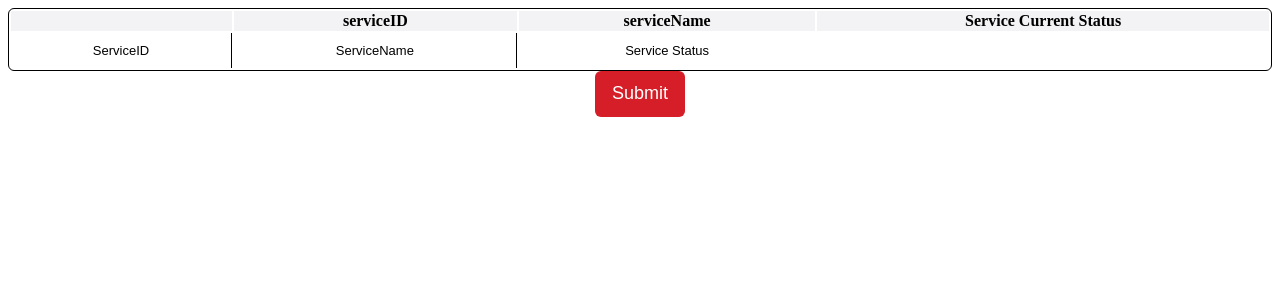
Repository: suma94/MyProjects
Page: http://localhost/SelfServiceSales/Display.jsp
An editor plug-in stored every save of this project. The page is shown before and after the next save, followed by the edit.
The browser window is 1280 px wide. The pictures show the whole page.
The page is served by Tomcat 9.

Above is the page before, as saved 2015-08-26 04:46:50.

After the next save:
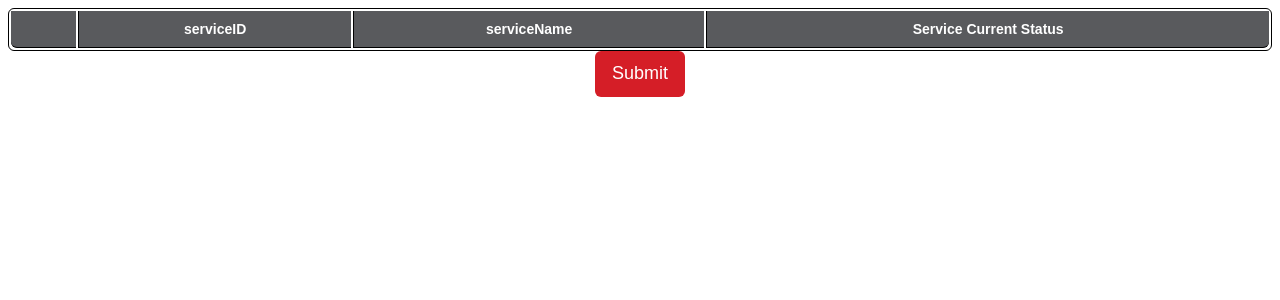
Saved 75 s later.
--- a/SelfServiceSales/WebContent/Display.jsp
+++ b/SelfServiceSales/WebContent/Display.jsp
@@ -13,10 +13,7 @@
 	<form action="SuspendComplete" method="post">
 		<table class="vztable"   >
 			<tr>
-				<th><th>serviceID<th>serviceName<th>Service Current Status</th>
-			</tr>
-			<tr>
-			<td>ServiceID</td><td>ServiceName</td><td>Service Status</td>
+				<td></td><td>serviceID</td><td>serviceName</td><td>Service Current Status</td>
 			</tr>
 			<c:forEach var="e" items="${infols}">
 			<tr>
